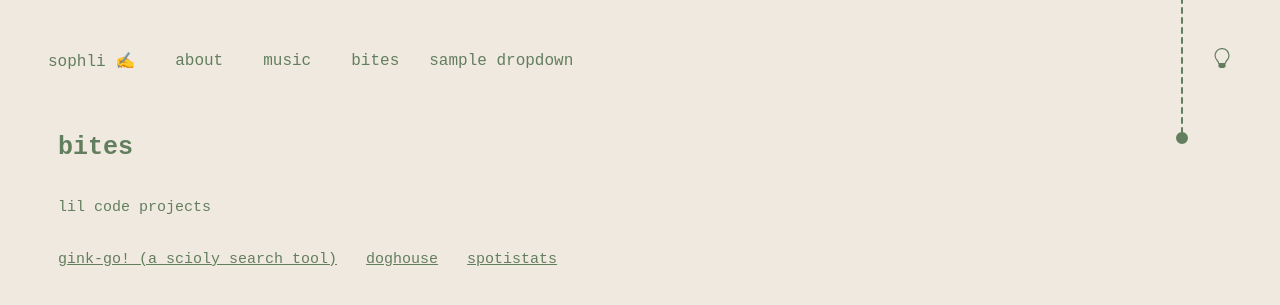
Repository: soph-lin/sophli-legacy
Page: http://localhost/bites.php
These files come from the project's save history. The page is drawn as it stood at one moment and after the next save; the edit follows.
The browser window is 1280 px wide. The pictures show the whole page.
The page is run by PHP 8.4 with error messages shown; the project is at /var/www/html/.

Above is the page before, as saved 2024-07-12 22:05:02.

### bites.php
<!DOCTYPE html>
<?php include $_SERVER['DOCUMENT_ROOT'] . '/partials/header.php'; ?>
<html>
<body>
    <?php include $_SERVER['DOCUMENT_ROOT'] . '/partials/navbar.php'; ?>
    <h1>bites</h1>
    <p>lil code projects</p>
    <div style="margin-left: 0px">
        <a href='/bites/scioly-search.php'>gink-go! (a scioly search tool)</a>
        <a href="https://doghouse.sophli.in">doghouse</a>
        <a href="/bites/spotistats.php">spotistats</a>
    <div>
</body>
</html>

### partials/header.php
<head>
    <title><?php echo isset($title) ? $title : "sophli!"; ?></title>
    <link
        id="favicon"
        rel="icon"
        href=""
    />
    <link rel="stylesheet" href="/css/style.css">
    <link rel="stylesheet" href="/css/anim.css">
    <script src="https://code.jquery.com/jquery-3.6.0.min.js"></script>
    <script src="/scripts/setup.js"></script>
</head>

### partials/navbar.php
<nav>
  <ul>
      <li><a href="/" id="logoContainer">sophli</a></li>
      <li><a href="/about.php">about</a></li>
      <li><a href="/music.php">music</a></li>
      <li><a href="/bites.php">bites</a></li>
      <li class="dropdown">
        sample dropdown
        <ul>
          <li><a href="#">hihi</a></li>
        </ul>
      </li>
      <li id="lightbulbContainer">
        <svg xmlns="http://www.w3.org/2000/svg" id="pullCord" height="250" width="20">
            <line x1="0" y1="0" x2="0" y2="200"/>
            <circle cx="0" cy="200" r="5" />
        </svg>
        <svg xmlns="http://www.w3.org/2000/svg" id="lightbulb" width="20" height="20" fill="currentColor" class="bi bi-lightbulb" viewBox="0 0 16 16">
          <path d="M2 6a6 6 0 1 1 10.174 4.31c-.203.196-.359.4-.453.619l-.762 1.769A.5.5 0 0 1 10.5 13a.5.5 0 0 1 0 1 .5.5 0 0 1 0 1l-.224.447a1 1 0 0 1-.894.553H6.618a1 1 0 0 1-.894-.553L5.5 15a.5.5 0 0 1 0-1 .5.5 0 0 1 0-1 .5.5 0 0 1-.46-.302l-.761-1.77a2 2 0 0 0-.453-.618A5.98 5.98 0 0 1 2 6m6-5a5 5 0 0 0-3.479 8.592c.263.254.514.564.676.941L5.83 12h4.342l.632-1.467c.162-.377.413-.687.676-.941A5 5 0 0 0 8 1"/>
        </svg>
      </li>
  </ul>
</nav>



<?php
  $splash_messages = array(
    "✋","✌️","🤏","✍️","👐","👋","👏","👏","👌","🙏","🤙"
  );
  $random_message_index = array_rand($splash_messages);
?>

<script>
  var splashMessages = <?php echo json_encode($splash_messages); ?>;
  var randomMessageIndex = <?php echo $random_message_index; ?>;
  var splashMessageContainer = document.getElementById("logoContainer");
  const emoji = splashMessages[randomMessageIndex];
  splashMessageContainer.innerHTML = "sophli " + emoji;

  const faviconHREF = `data:[embedded picture, 19 characters]<svg xmlns='http://www.w3.org/2000/svg' viewBox='0 0 100 100'><text y='.9em' font-size='80'>${emoji}</text></svg>`;
  document.getElementById("favicon").setAttribute("href", faviconHREF);
</script>

### css/style.css
:root {
    --bg-color: #f0e9df;
    --primary-color: #637e5e;
    --font-color: #637e5e;
    --heading-color: #637e5e;
    --highlight-color: #99B590;
}

[theme="dark"] {
    --bg-color: #001524;
    --primary-color: #c0ccb8;
    --font-color: #c0ccb8;
    --heading-color: #c0ccb8;
    --highlight-color: #c0ccb8;
}

* {
    font-family: 'Courier New', Courier, monospace;
    padding: 10px;
    font-size: 15px;
    color: var(--primary-color);
    user-select: none;
}

body {
    background-color: var(--bg-color);
}

body * {
    margin-left: 20px;
}

h1 {
    font-weight: bold;
    font-family: monospace;
    font-size: 25px;
    color: var(--heading-color);
}

h2 {
    font-family: monospace;
}

a {
    padding: 0;
}

a:hover {
    background-color: var(--highlight-color);
}

em, strong {
    padding: 0;
}

#logo { /* Logo styles are used if logo-container has a picture. */
    margin-top: 0;
    margin-bottom: 0;
}

#logo a {
    padding-top: 5px;
    padding-bottom: 5px;
}

#logo img {
    padding-top: 0;
    padding-bottom: 0;
    padding-right: 0;
}

#lightbulbContainer {
    margin-left: auto;
    position: relative;
}

#pullCord {
    position: absolute;
    top: -100px;
    right: 40px;
    /* transform: translateY(-100%); */
    stroke: currentColor;
    fill: currentColor;
    stroke-width: 2;
    overflow: visible;
}

#pullCord line {
    stroke-dasharray: 5;
    stroke-linecap: round;
}

#pullCord.dropAnim {
    animation: conveyor linear forwards 3s, moveDown forwards cubic-bezier(0.68, -0.55, 0.27, 1.55) 3s;
}

#pullCord.pullAnim {
    animation: pull ease-in 0.2s;
}

@keyframes conveyor {
    from {
        stroke-dashoffset: 100;
    }
    to {
        stroke-dashoffset: 0;
    }
}

@keyframes moveDown {
    0% {
        transform: translateY(-100%);
    }

    50% {
        transform: translateY(0);
    }

    75% {
        transform: translateY(3px);
    }

    80% {
        transform: translateY(-5px);
    }

    100% {
        transform: translateY(0);
    }
}



@keyframes pull {
    0% {
        transform: translateY(0);
    }

    25% {
        transform: translateY(-5px);
    }

    50% {
        transform: translateY(5px);
    }

    100% {
        transform: translateY(0);
    }
}

nav {
    padding: 0px;
    background-size: cover;
    margin-left: 0;
    margin-bottom: 30px;
}

nav * {
    margin-left: 0;
    font-size: 16px;
}

nav a {
    display: block;
    color: var(--font-color);
    padding: 10px;
    text-decoration: none;
}

nav ul {
    display: flex;
    align-items: center;
    list-style: none;
    margin: 0;
    padding: 0;
}

nav li {
    display: inline-block;
}

nav ul li.dropdown {
    position: relative;
}

nav ul li.dropdown > ul {
    position: absolute;
    top: 100%;
    left: 0;
    display: none;
    outline: 1px solid var(--primary-color);
    vertical-align: top;
}

nav ul li.dropdown:hover ul {
    display: block;
}

### css/anim.css
.typewriter {
  overflow: hidden;/* Ensures the content is not revealed until the animation */
  border-left: 2px solid #637e5e;/* The typewriter cursor */
  white-space: nowrap;/* Keeps the content on a single line */
  margin: inherit auto;/* Gives that scrolling effect as the typing happens */
  letter-spacing: 3px;
  animation: typing 3.5s steps(30, end), blinking-cursor 1s step-end infinite;
}
/* Typing effect */
@keyframes typing {
  from {
    width: 0
  }
  to {
    width: 100%
  }
}
/* Cursor effect */
@keyframes blinking-cursor {
  from,
  to {
    border-color: transparent
  }
  50% {
    border-color: #637e5e;
  }
}

/* Image cloud */
#cloud {
  width: 90vw;
  height: 70vh;
  perspective: 1000px;
}

.cloud-image-container {
  display: flex;
  justify-content: center;
  position: absolute;
  transition: transform 0.5s;
}

.cloud-hover-text {
  display: block;
  visibility: hidden;
}

.cloud-image-container:hover {
  filter: drop-shadow(0px 0px 5px #D3D3D3);
  cursor: pointer;
}

.cloud-image-container:hover .cloud-hover-text {
  visibility: visible;
  text-shadow: 0px 0px 3px #ffffff;
}

### scripts/setup.js
document.addEventListener('DOMContentLoaded', async function() {
    if (getPage().endsWith('scioly-search') || getPage().endsWith('scioly-search.php')) {
        addCSS('/css/scioly-search.css');
        addScript('/scripts/scioly-search-data.js');
        addScript('/scripts/multiselect-dropdown.js');
        addScript('/scripts/scioly-search.js', 'module');
    }
    else if ( (getPage().endsWith('spotistats') || getPage().endsWith('spotistats.php')) ) {
        addCSS('/css/spotistats.css');
        await addScript('/scripts/spotistats-sample-data.js');
        await addScript('/scripts/spotistats-icons.js');
        // await so data can load before analytics script (next script) does
        addScript('/scripts/spotistats.js');
    }

    setupBaseEls();
});

function setupBaseEls() {
    let lightbulb = document.getElementById("lightbulb");
    let pullCord = document.getElementById("pullCord");
    let pullCordAnimating = false;
    let lightOn = true;
    // from https://icons.getbootstrap.com/icons/lightbulb/
    let lightmodeSvgPath = "M2 6a6 6 0 1 1 10.174 4.31c-.203.196-.359.4-.453.619l-.762 1.769A.5.5 0 0 1 10.5 13a.5.5 0 0 1 0 1 .5.5 0 0 1 0 1l-.224.447a1 1 0 0 1-.894.553H6.618a1 1 0 0 1-.894-.553L5.5 15a.5.5 0 0 1 0-1 .5.5 0 0 1 0-1 .5.5 0 0 1-.46-.302l-.761-1.77a2 2 0 0 0-.453-.618A5.98 5.98 0 0 1 2 6m6-5a5 5 0 0 0-3.479 8.592c.263.254.514.564.676.941L5.83 12h4.342l.632-1.467c.162-.377.413-.687.676-.941A5 5 0 0 0 8 1";
    // from https://icons.getbootstrap.com/icons/lightbulb-fill/
    let darkModeSvgPath = "M2 6a6 6 0 1 1 10.174 4.31c-.203.196-.359.4-.453.619l-.762 1.769A.5.5 0 0 1 10.5 13h-5a.5.5 0 0 1-.46-.302l-.761-1.77a2 2 0 0 0-.453-.618A5.98 5.98 0 0 1 2 6m3 8.5a.5.5 0 0 1 .5-.5h5a.5.5 0 0 1 0 1l-.224.447a1 1 0 0 1-.894.553H6.618a1 1 0 0 1-.894-.553L5.5 15a.5.5 0 0 1-.5-.5";

    lightbulb.addEventListener("mouseover", function() {
        console.log('hovering');
        console.log('animating');
        pullCordAnimating = true;
        pullCord.classList.add("dropAnim");
    }, { once: true });

    pullCord.addEventListener("click", function() {
        console.log('pull');
        pullCord.classList.add("pullAnim");
        lightOn = !lightOn;
        if (lightOn) {
            lightbulb.getElementsByTagName("path")[0].setAttribute("d", lightmodeSvgPath);
            document.documentElement.setAttribute("theme", "light");
        }
        else {
            lightbulb.getElementsByTagName("path")[0].setAttribute("d", darkModeSvgPath);
            document.documentElement.setAttribute("theme", "dark");
        }
    });

    pullCord.addEventListener("animationend", function() {
        console.log('anim end');
        if (pullCord.classList.contains("dropAnim")) {
            pullCord.classList.remove("dropAnim");
        }
        else if (pullCord.classList.contains("pullAnim")) {
            pullCord.classList.remove("pullAnim");
        }
    });
}

function addScriptToHead(path, page) {
    if (isPage(page)) addScript(path);
}

function addCSSToHead(path, page) {
    if (isPage(page)) addCSS(path);
}

function getPage() {
    return window.location.pathname.split("/").pop();
}

function isPage(page) {
    var thisFileName = getPage();
    if (thisFileName === page) return true;
    else return false;
}

function addScript(path, type, makeDefer) {
    return new Promise((resolve, reject) => {
        var script = document.createElement('script');
        script.src = path;

        if (type) script.type = type;
        if (makeDefer) script.defer = true;
        script.addEventListener('load', () => {
            resolve();
        });
        script.addEventListener('error', () => {
            reject(`Failed to load script: ${path}`);
        });
        document.head.appendChild(script);
    });
}

function addCSS(path) {
    const link = document.createElement("link");
    link.rel = "stylesheet";
    link.type = "text/css";
    link.href = path;
    document.head.appendChild(link);
}

After the next save:
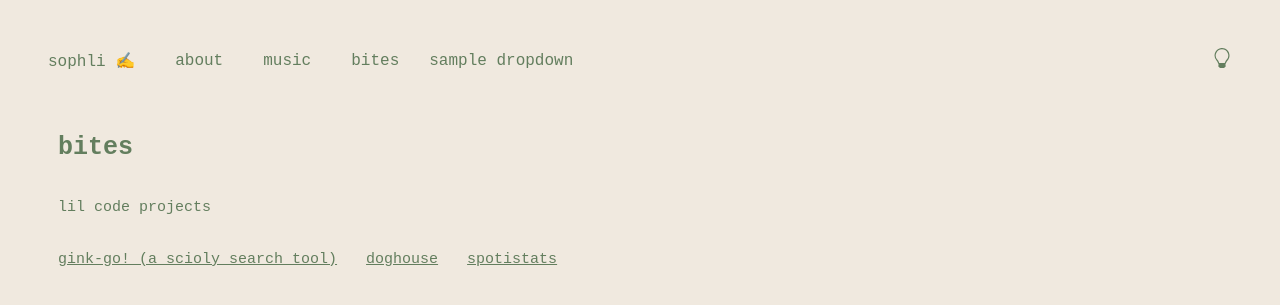
Saved 14 s later.
--- a/css/style.css
+++ b/css/style.css
@@ -78,7 +78,7 @@ em, strong {
     position: absolute;
     top: -100px;
     right: 40px;
-    /* transform: translateY(-100%); */
+    transform: translateY(-100%);
     stroke: currentColor;
     fill: currentColor;
     stroke-width: 2;
@@ -193,6 +193,10 @@ nav ul li.dropdown > ul {
     vertical-align: top;
 }
 
+nav ul li.dropdown li:first-child {
+
+}
+
 nav ul li.dropdown:hover ul {
     display: block;
 }
